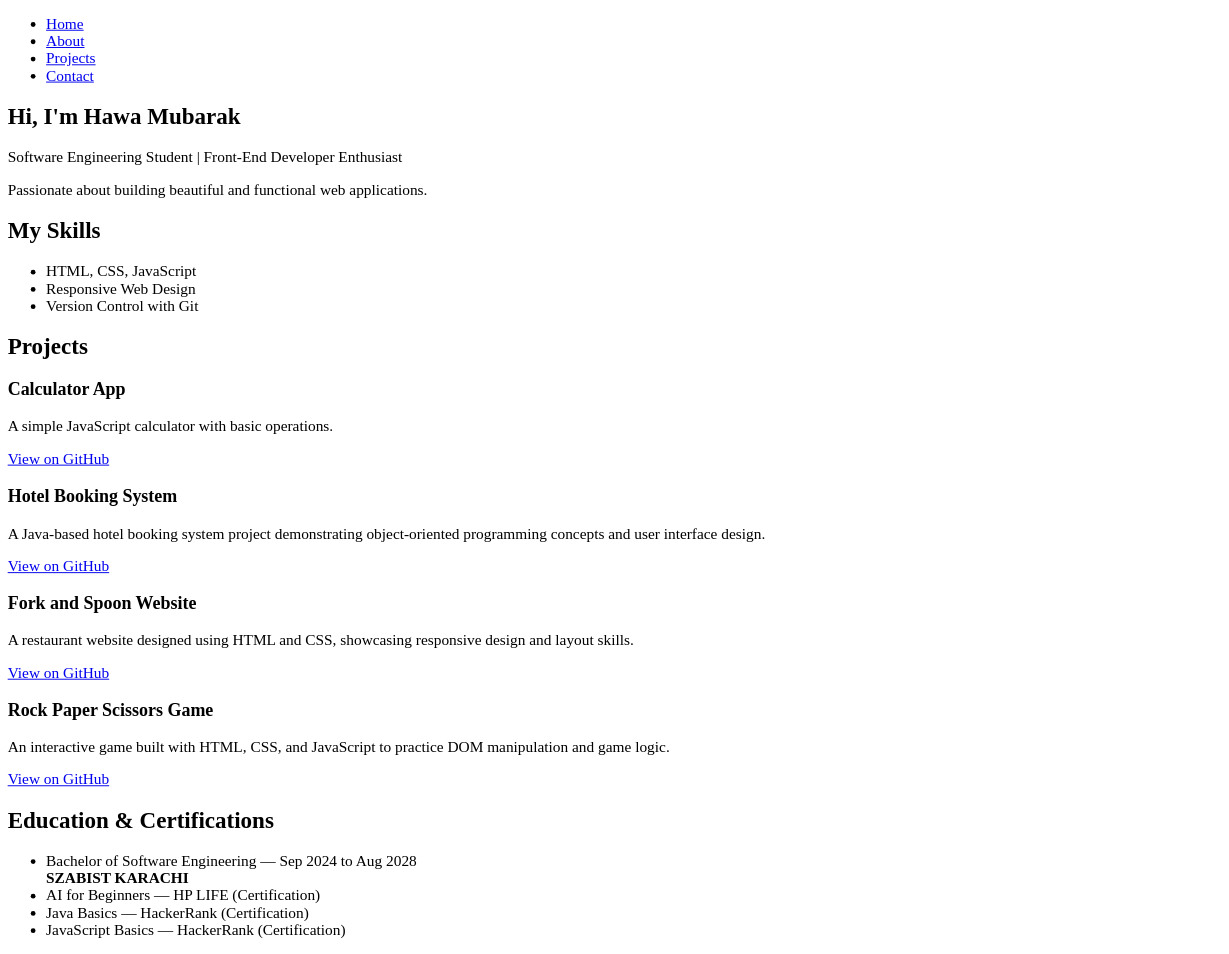
Repository: hawamubarakk/my-portfolio
Page: index.html
An editor plug-in stored every save of this project. The page is shown before and after the next save, followed by the edit.
The browser window is 1280 px wide. The pictures show the whole page, at 96% of full size.

Above is the page before, as saved 2025-08-11 14:17:08.

### index.html
<!DOCTYPE html>
<html lang="en">
<head>
    <meta charset="UTF-8">
    <meta name="viewport" content="width=device-width, initial-scale=1.0">
    <title>Portfolio</title>
    <link href = "style.css" rel = "stylesheet">
</head>
<body>
        <header>
            <nav>
            <ul>
                <li><a href = "index.html">Home</a></li>
                <li><a href = "about.html">About</a></li>
                <li><a href = "projects.html">Projects</a></li>
                <li><a href = "contact.html">Contact</a></li>
            </ul>
            </nav>
        </header>

        <main>
            <section id = "intro">
                <h1>Hi, I'm Hawa Mubarak</h1>
                <p>Software Engineering Student | Front-End Developer Enthusiast</p>
                <p>Passionate about building beautiful and functional web applications.</p>
            </section>


              <section id="skills" class="section">
                <h2>My Skills</h2>
                <ul>
                  <li>HTML, CSS, JavaScript</li>
                  <li>Responsive Web Design</li>
                  <li>Version Control with Git</li>
                </ul>
              </section>

              <section id="projects" class="section">
                <h2>Projects</h2>

                <div class="project">
                  <h3>Calculator App</h3>
                  <p>A simple JavaScript calculator with basic operations.</p>
                  <a href="https://github.com/hawamubarakk/Calculator" target="_blank">View on GitHub</a>
                </div>

                <div class="project">
                  <h3>Hotel Booking System</h3>
                  <p>A Java-based hotel booking system project demonstrating object-oriented programming concepts and user interface design.</p>
                  <a href="https://github.com/hawamubarakk/HotelBooking-System" target="_blank">View on GitHub</a>
                </div>

                <div class="project">
                  <h3>Fork and Spoon Website</h3>
                  <p>A restaurant website designed using HTML and CSS, showcasing responsive design and layout skills.</p>
                  <a href="https://github.com/hawamubarakk/fork-and-spoon" target="_blank">View on GitHub</a>
                </div>

                <div class="project">
                  <h3>Rock Paper Scissors Game</h3>
                  <p>An interactive game built with HTML, CSS, and JavaScript to practice DOM manipulation and game logic.</p>
                  <a href="https://github.com/hawamubarakk/rock-paper-scissors" target="_blank">View on GitHub</a>
                </div>

              </section>

              <section id="education" class="section">
                <h2>Education & Certifications</h2>
                <ul>
                  <li>
                    Bachelor of Software Engineering — Sep 2024 to Aug 2028<br/>
                    <strong>SZABIST KARACHI</strong>
                  </li>
                  <li>
                    AI for Beginners — HP LIFE (Certification)
                  </li>
                  <li>
                    Java Basics — HackerRank (Certification)
                  </li>
                  <li>
                    JavaScript Basics — HackerRank (Certification)
                  </li>
                </ul>
              </section>
        </main>

</body>
</html>

Loaded but not shown: css/style.css (no stored copy; drawn as an empty file)

After the next save:
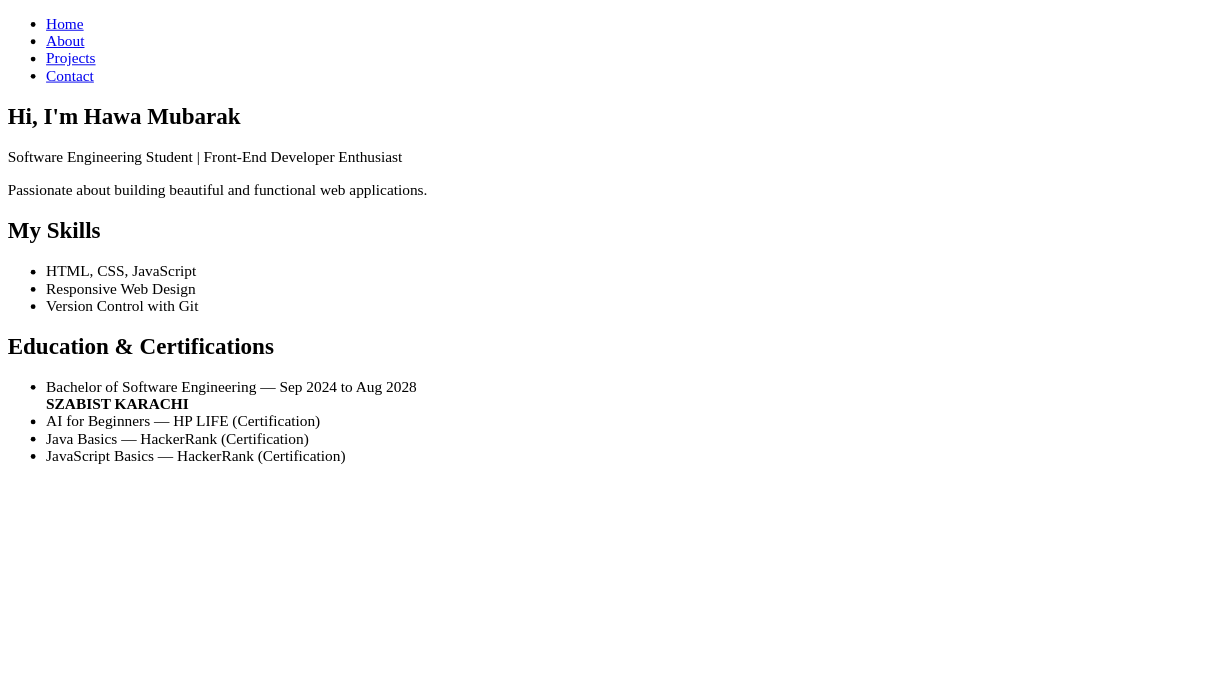
Saved 4 s later.
--- a/index.html
+++ b/index.html
@@ -3,86 +3,49 @@
 <head>
     <meta charset="UTF-8">
     <meta name="viewport" content="width=device-width, initial-scale=1.0">
-    <title>Portfolio</title>
-    <link href = "style.css" rel = "stylesheet">
+    <title>Portfolio - Home</title>
+    <link href="style.css" rel="stylesheet">
 </head>
 <body>
-        <header>
-            <nav>
+    <header>
+        <nav>
             <ul>
-                <li><a href = "index.html">Home</a></li>
-                <li><a href = "about.html">About</a></li>
-                <li><a href = "projects.html">Projects</a></li>
-                <li><a href = "contact.html">Contact</a></li>
+                <li><a href="index.html">Home</a></li>
+                <li><a href="about.html">About</a></li>
+                <li><a href="projects.html">Projects</a></li>
+                <li><a href="contact.html">Contact</a></li>
             </ul>
-            </nav>
-        </header>
+        </nav>
+    </header>
 
-        <main>
-            <section id = "intro">
-                <h1>Hi, I'm Hawa Mubarak</h1>
-                <p>Software Engineering Student | Front-End Developer Enthusiast</p>
-                <p>Passionate about building beautiful and functional web applications.</p>
-            </section>
+    <main>
+        <section id="intro">
+            <h1>Hi, I'm Hawa Mubarak</h1>
+            <p>Software Engineering Student | Front-End Developer Enthusiast</p>
+            <p>Passionate about building beautiful and functional web applications.</p>
+        </section>
 
+        <section id="skills" class="section">
+            <h2>My Skills</h2>
+            <ul>
+                <li>HTML, CSS, JavaScript</li>
+                <li>Responsive Web Design</li>
+                <li>Version Control with Git</li>
+            </ul>
+        </section>
 
-              <section id="skills" class="section">
-                <h2>My Skills</h2>
-                <ul>
-                  <li>HTML, CSS, JavaScript</li>
-                  <li>Responsive Web Design</li>
-                  <li>Version Control with Git</li>
-                </ul>
-              </section>
-
-              <section id="projects" class="section">
-                <h2>Projects</h2>
-
-                <div class="project">
-                  <h3>Calculator App</h3>
-                  <p>A simple JavaScript calculator with basic operations.</p>
-                  <a href="https://github.com/hawamubarakk/Calculator" target="_blank">View on GitHub</a>
-                </div>
-
-                <div class="project">
-                  <h3>Hotel Booking System</h3>
-                  <p>A Java-based hotel booking system project demonstrating object-oriented programming concepts and user interface design.</p>
-                  <a href="https://github.com/hawamubarakk/HotelBooking-System" target="_blank">View on GitHub</a>
-                </div>
-
-                <div class="project">
-                  <h3>Fork and Spoon Website</h3>
-                  <p>A restaurant website designed using HTML and CSS, showcasing responsive design and layout skills.</p>
-                  <a href="https://github.com/hawamubarakk/fork-and-spoon" target="_blank">View on GitHub</a>
-                </div>
-
-                <div class="project">
-                  <h3>Rock Paper Scissors Game</h3>
-                  <p>An interactive game built with HTML, CSS, and JavaScript to practice DOM manipulation and game logic.</p>
-                  <a href="https://github.com/hawamubarakk/rock-paper-scissors" target="_blank">View on GitHub</a>
-                </div>
-
-              </section>
-
-              <section id="education" class="section">
-                <h2>Education & Certifications</h2>
-                <ul>
-                  <li>
+        <section id="education" class="section">
+            <h2>Education & Certifications</h2>
+            <ul>
+                <li>
                     Bachelor of Software Engineering — Sep 2024 to Aug 2028<br/>
                     <strong>SZABIST KARACHI</strong>
-                  </li>
-                  <li>
-                    AI for Beginners — HP LIFE (Certification)
-                  </li>
-                  <li>
-                    Java Basics — HackerRank (Certification)
-                  </li>
-                  <li>
-                    JavaScript Basics — HackerRank (Certification)
-                  </li>
-                </ul>
-              </section>
-        </main>
-
+                </li>
+                <li>AI for Beginners — HP LIFE (Certification)</li>
+                <li>Java Basics — HackerRank (Certification)</li>
+                <li>JavaScript Basics — HackerRank (Certification)</li>
+            </ul>
+        </section>
+    </main>
 </body>
 </html>
